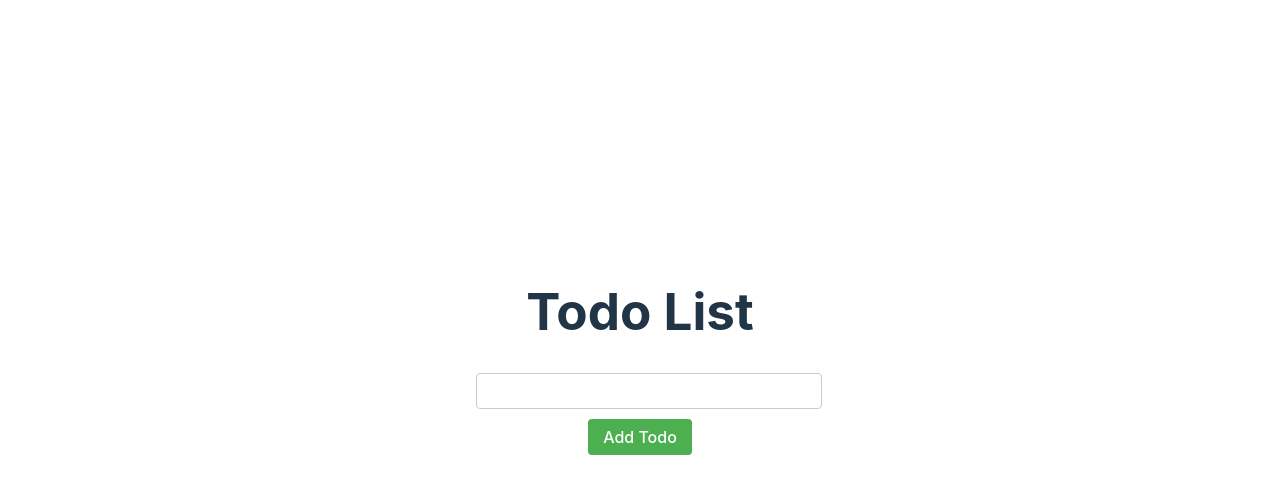
Repository: sinchana-p-iVoyant/mobx-todo
Page: /
These files come from the project's save history. The page is drawn as it stood at one moment and after a run of saves; the edit follows.
The browser window is 1280 px wide. The pictures show the whole page.
The project was rebuilt for these pictures with package versions that can differ from the ones it lists, and the page was loaded fresh each time. Also part of the build but not shown: vite.config.js.

Above is the page before, as saved 2024-03-07 02:18:43.

### src/App.jsx
// App.js
import './App.css';
import TodoList from './TodoList';

function App() {
  return (
    <div>
      <h1>Todo List</h1>
      <TodoList />
    </div>
  );
}

export default App;

### src/TodoList.jsx
import { useState } from 'react';
import { observer } from 'mobx-react-lite';
import todoStore from './TodoStore';
import './TodoList.css';

const TodoList = () => {
  const [newTodoText, setNewTodoText] = useState('');
  const [editingTodoId, setEditingTodoId] = useState(null);
  const [editedTodoText, setEditedTodoText] = useState('');

  const handleAddTodo = () => {
    if (newTodoText.trim() !== '') {
      todoStore.addTodo({
        id: Math.random(),
        text: newTodoText,
      });
      setNewTodoText('');
    }
  };

  const handleStartEditTodo = (id, text) => {
    setEditingTodoId(id);
    setEditedTodoText(text);
  };

  const handleCancelEditTodo = () => {
    setEditingTodoId(null);
    setEditedTodoText('');
  };

  const handleSaveEditedTodo = (id) => {
    todoStore.editTodo(id, editedTodoText);
    setEditingTodoId(null);
    setEditedTodoText('');
  };

  const handleDeleteTodo = (id) => {
    todoStore.deleteTodo(id);
  };

  return (
    <div className="todo-list-container">
      <input
        className="todo-input"
        type="text"
        value={newTodoText}
        onChange={(e) => setNewTodoText(e.target.value)}
      />
      <button className="todo-button" onClick={handleAddTodo}>Add Todo</button>
      <ul className="todo-list">
        {todoStore.todos.map((todo) => (
          <li key={todo.id} className="todo-item">
            {editingTodoId === todo.id ? (
              <>
                <input
                  className="todo-input"
                  type="text"
                  value={editedTodoText}
                  onChange={(e) => setEditedTodoText(e.target.value)}
                />
                <button className="todo-button edit-button" onClick={() => handleSaveEditedTodo(todo.id)}>Save</button>
                <button className="todo-button cancel-button" onClick={handleCancelEditTodo}>Cancel</button>
              </>
            ) : (
              <>
                <span>{todo.text}</span>
                <button className="todo-button edit-button" onClick={() => handleStartEditTodo(todo.id, todo.text)}>Edit</button>
              </>
            )}
            <button className="todo-button delete-button" onClick={() => handleDeleteTodo(todo.id)}>Delete</button>
          </li>
        ))}
      </ul>
    </div>
  );
};

export default observer(TodoList);

### src/TodoStore.js
// TodoStore.js
import { makeObservable, observable, action } from 'mobx';

class TodoStore {
  todos = [];

  constructor() {
    makeObservable(this, {
      todos: observable,
      addTodo: action,
      editTodo: action,
      deleteTodo: action,
    });
  }

  addTodo = (todo) => {
    this.todos.push(todo);
  };

  editTodo = (id, newText) => {
    const todoToEdit = this.todos.find(todo => todo.id === id);
    if (todoToEdit) {
      todoToEdit.text = newText;
    }
  };

  deleteTodo = (id) => {
    this.todos = this.todos.filter(todo => todo.id !== id);
  };
}

const todoStore = new TodoStore();
export default todoStore;

### src/TodoList.css
/* TodoList.css */

.todo-list-container {
    max-width: 400px;
    margin: 0 auto;
  }

  .todo-input {
    width: 100%;
    margin-bottom: 10px;
    padding: 8px;
    font-size: 16px;
    border: 1px solid #ccc;
    border-radius: 4px;
  }

  .todo-button {
    padding: 8px 15px;
    font-size: 16px;
    border: none;
    border-radius: 4px;
    background-color: #4caf50;
    color: white;
    cursor: pointer;
  }

  .todo-list {
    list-style-type: none;
    padding: 0;
  }

  .todo-item {
    margin-bottom: 10px;
  }

  .todo-item input[type="text"] {
    width: 80%;
    padding: 8px;
    font-size: 16px;
    border: 1px solid #ccc;
    border-radius: 4px;
  }

  .todo-item button {
    margin-left: 5px;
    padding: 8px 15px;
    font-size: 16px;
    border: none;
    border-radius: 4px;
    cursor: pointer;
  }

  .edit-button {
    background-color: #2196F3;
  }

  .edit-button:hover {
    background-color: #0b7dda;
  }

  .delete-button {
    background-color: #f44336;
  }

  .delete-button:hover {
    background-color: #da190b;
  }

Loaded but not shown: index.html (common file); src/main.jsx (common file); src/index.css (common file); src/App.css (common file)

After the next 2 saves:
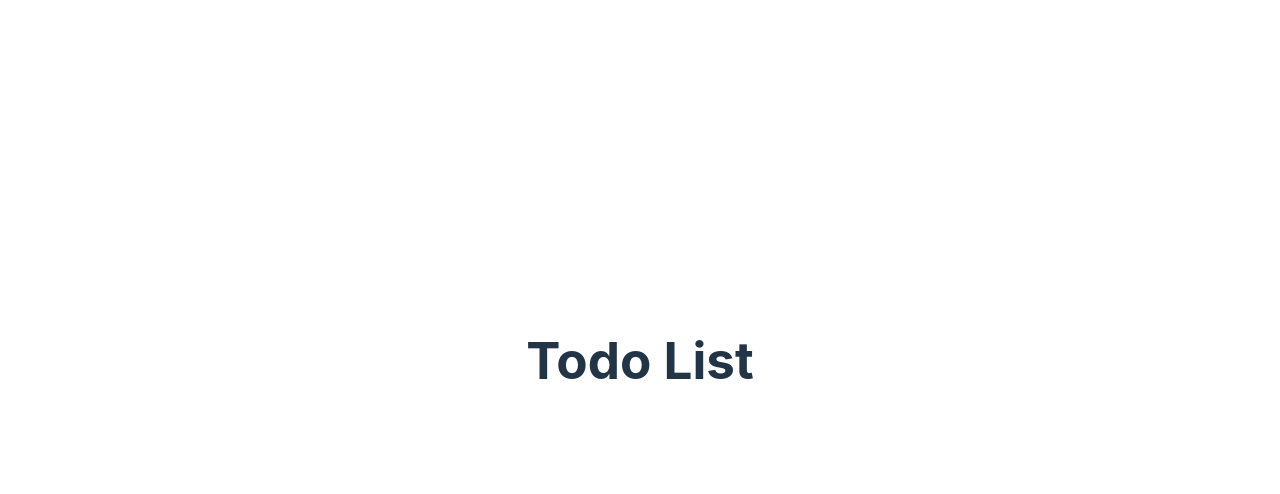
The 2 saves are shown as one change because they came seconds apart.
The last was saved 33 s later.
--- a/src/TodoList.jsx
+++ b/src/TodoList.jsx
@@ -40,13 +40,7 @@
 
   return (
     <div className="todo-list-container">
-      <input
-        className="todo-input"
-        type="text"
-        value={newTodoText}
-        onChange={(e) => setNewTodoText(e.target.value)}
-      />
-      <button className="todo-button" onClick={handleAddTodo}>Add Todo</button>
+
       <ul className="todo-list">
         {todoStore.todos.map((todo) => (
           <li key={todo.id} className="todo-item">

After the 4 saves that followed:
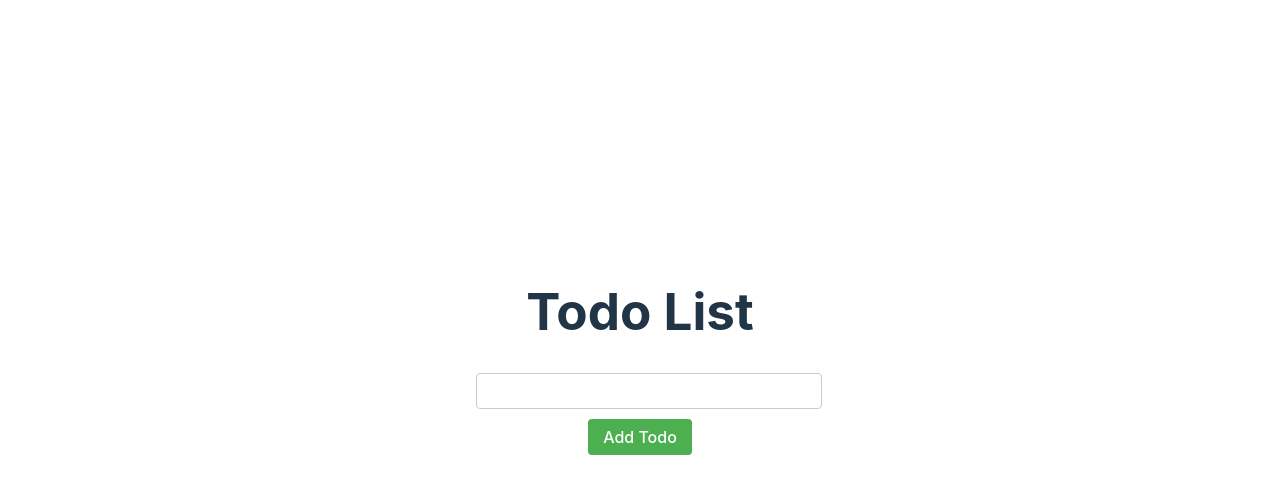
The 4 saves are shown as one change because they came seconds apart.
The last was saved 11 s later.
--- a/src/TodoList.jsx
+++ b/src/TodoList.jsx
@@ -40,7 +40,16 @@
 
   return (
     <div className="todo-list-container">
+      <div>
+      <input
+        className="todo-input"
+        type="text"
+        value={newTodoText}
+        onChange={(e) => setNewTodoText(e.target.value)}
+      />
+      <button className="todo-button" onClick={handleAddTodo}>Add Todo</button>
 
+      </div>
       <ul className="todo-list">
         {todoStore.todos.map((todo) => (
           <li key={todo.id} className="todo-item">
